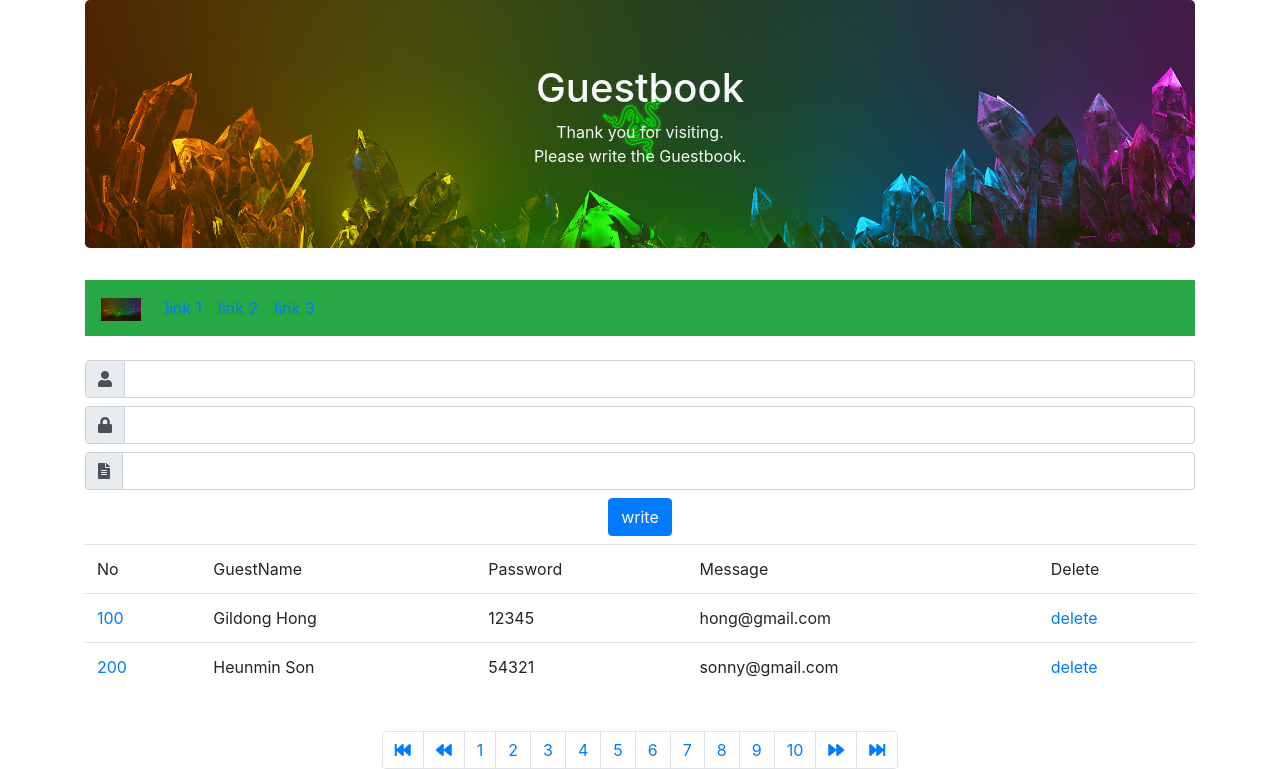
Repository: yeobleeme/06_jsp_basic
Page: http://localhost/jsp03_guestbook/list.jsp?page=1
The author's editor kept a copy of each file at every save. The page is drawn from the files as they stood at one save, then again after the next save.
The browser window is 1280 px wide. The pictures show the whole page.
The page is served by Tomcat 9.

Above is the page before, as saved 2023-05-17 05:50:30.

After the next save:
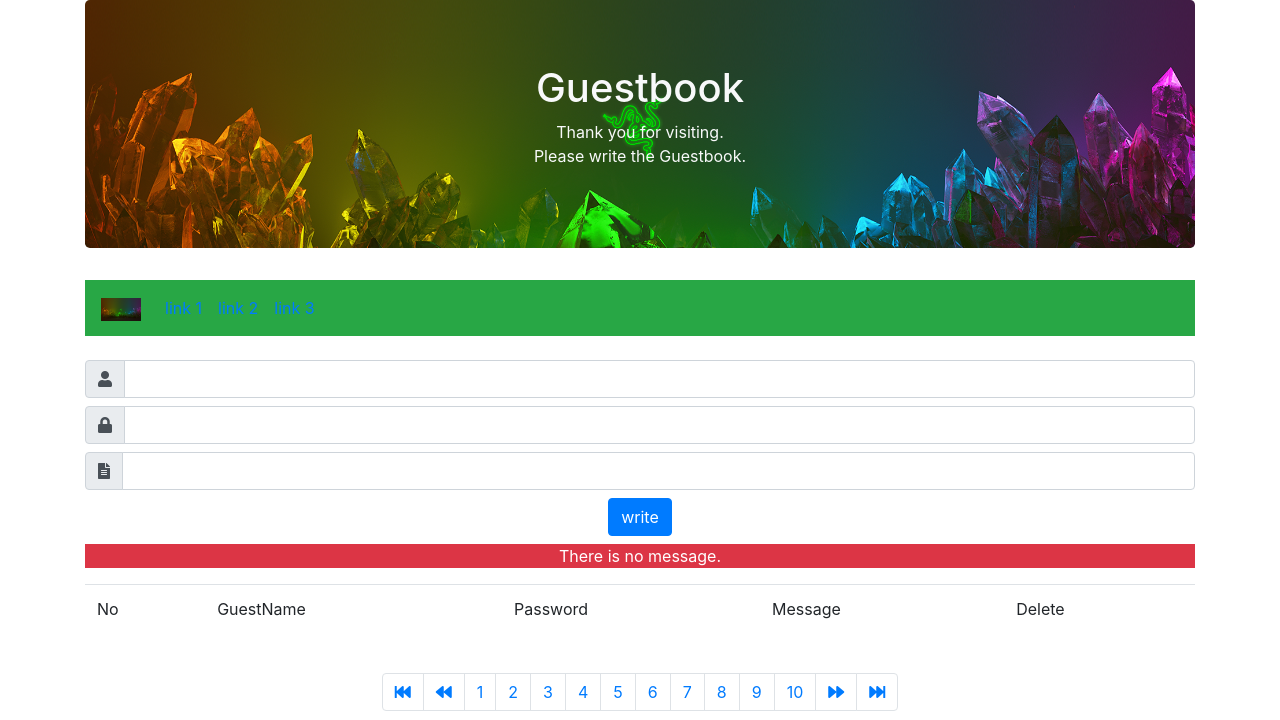
Saved 3 min 49 s later.
--- a/jsp03_guestbook/WebContent/list.jsp
+++ b/jsp03_guestbook/WebContent/list.jsp
@@ -7,7 +7,7 @@
 	ArrayList<Message> view_data = new ArrayList<>();
 	Message msg = new Message();
 
-	msg.setId(100);
+/* 	msg.setId(100);
 	msg.setGuestName("Gildong Hong");
 	msg.setPassword("12345");
 	msg.setEmail("hong@gmail.com");
@@ -18,7 +18,7 @@
 	msg1.setGuestName("Heunmin Son");
 	msg1.setPassword("54321");
 	msg1.setEmail("sonny@gmail.com");
-	view_data.add(msg1);
+	view_data.add(msg1); */
 %>
 
 <c:set var="view_data" value="<%= view_data %>" />
